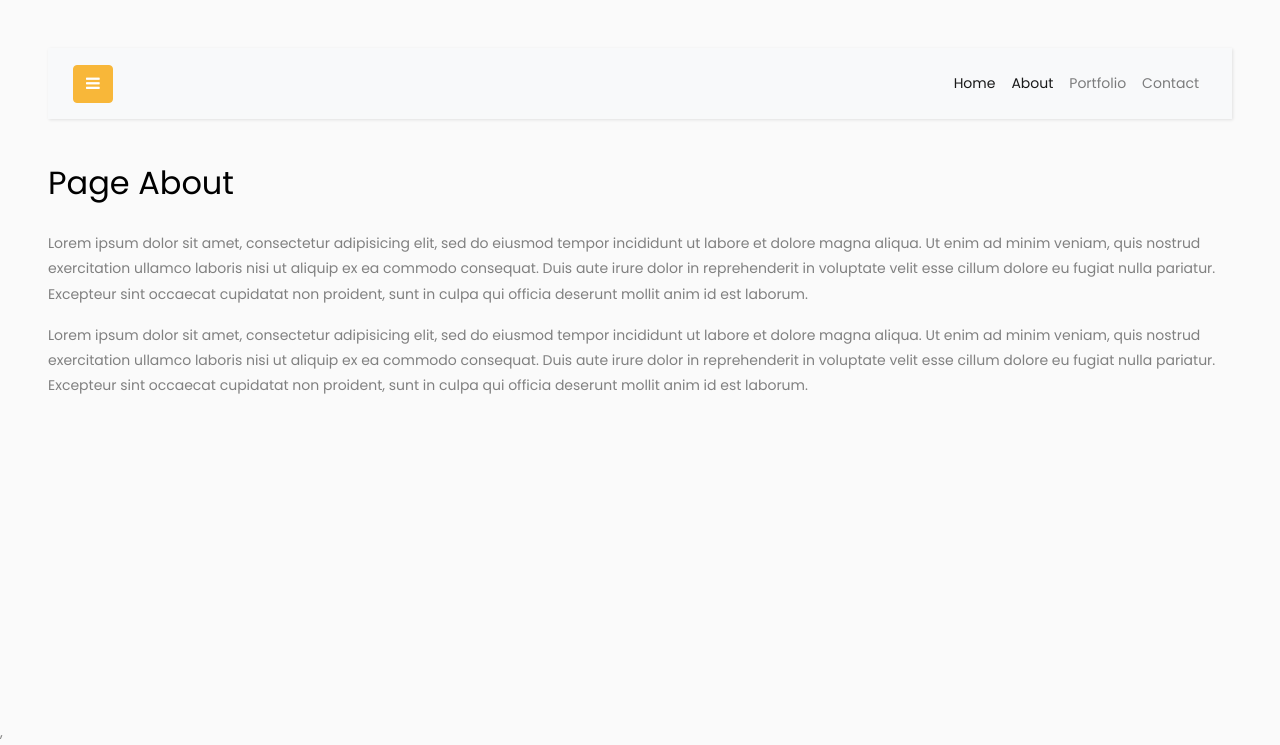
Repository: TinhTT336/MD02_Session08
Page: /about
An editor plug-in stored every save of this project. The page is shown before and after the next save, followed by the edit.
The browser window is 1280 px wide. The pictures show the whole page.
The project was rebuilt for these pictures with package versions that can differ from the ones it lists, and the page was loaded fresh each time. Also part of the build but not shown: vite.config.js, src/App.css, src/components/Home.jsx, src/components/Contact.jsx, src/components/Portfolio.jsx, src/index.css.

Above is the page before, as saved 2023-09-06 14:54:51.

### index.html
<!DOCTYPE html>
<html lang="en">
  <head>
    <meta charset="UTF-8" />
    <link rel="icon" type="image/svg+xml" href="/vite.svg" />
    <meta name="viewport" content="width=device-width, initial-scale=1.0" />
    <title>Vite + React</title>
    <link
      href="https://fonts.googleapis.com/css?family=Poppins:300,400,500,600,700,800,900"
      rel="stylesheet"
    />

    <link
      rel="stylesheet"
      href="https://stackpath.bootstrapcdn.com/font-awesome/4.7.0/css/font-awesome.min.css"
    />
    <link rel="stylesheet" href="./public/style.css" />
  </head>
  <body>
    <div id="root"></div>
    <script type="module" src="/src/main.jsx"></script>
  </body>
</html>

### src/main.jsx
import React from 'react'
import ReactDOM from 'react-dom/client'
import App from './App.jsx'
import './index.css'
import { BrowserRouter } from 'react-router-dom'

ReactDOM.createRoot(document.getElementById('root')).render(
  <BrowserRouter>
    <React.StrictMode>
      <App />
    </React.StrictMode>,
  </BrowserRouter>
)

### src/App.jsx

import { NavLink, Route, Routes } from 'react-router-dom'
import './App.css'
import Home from './components/Home'
import Contact from './components/Contact'
import About from './components/About'
import Portfolio from './components/Portfolio'

function App() {
  const styleNavLink = ({ isActive }) => ({
    color: isActive ? "white" : "black",
    backgroundColor: isActive ? "black" : "white",
  })
  return (
    <>
      {/* <Navbar /> */}
      <div>
        <div className="wrapper d-flex align-items-stretch">
          {/* <nav id="sidebar">
            <div className="p-4 pt-5">
              <NavLink to={"/"}
                className="img logo rounded-circle mb-5"
                style={{ backgroundImage: "url(images/logo.jpg)" }}
              />
              <ul className="list-unstyled components mb-5">
                <li className="active">
                  <NavLink to={"/"} className="dropdown-toggle">
                    Home
                  </NavLink>
                </li>
                <li>
                  <NavLink to={"/about"}>About</NavLink>
                </li>
                <li>
                  <NavLink to={"/portfolio"} >Portfolio</NavLink>
                </li>
                <li>
                  <NavLink to={"/contact"} >Contact</NavLink>
                </li>
              </ul>
            </div>
          </nav> */}
          {/* Page Content  */}
          <div id="content" className="p-4 p-md-5">
            <nav className="navbar navbar-expand-lg navbar-light bg-light">
              <div className="container-fluid">
                <button type="button" id="sidebarCollapse" className="btn btn-primary">
                  <i className="fa fa-bars" />
                  <span className="sr-only">Toggle Menu</span>
                </button>
                <button
                  className="btn btn-dark d-inline-block d-lg-none ml-auto"
                  type="button"
                  data-toggle="collapse"
                  data-target="#navbarSupportedContent"
                  aria-controls="navbarSupportedContent"
                  aria-expanded="false"
                  aria-label="Toggle navigation"
                >
                  <i className="fa fa-bars" />
                </button>
                <div className="collapse navbar-collapse" id="navbarSupportedContent">
                  <ul className="nav navbar-nav ml-auto">
                    <li className="nav-item active">
                      <NavLink to={"/"} className="nav-link">
                        Home
                      </NavLink>
                    </li>
                    <li className="nav-item">
                      <NavLink to={"/about"} className="nav-link">
                        About
                      </NavLink>
                    </li>
                    <li className="nav-item">
                      <NavLink to={"/portfolio"} className="nav-link" >
                        Portfolio
                      </NavLink>
                    </li>
                    <li className="nav-item">
                      <NavLink to={"/contact"} className="nav-link" >
                        Contact
                      </NavLink>
                    </li>
                  </ul>
                </div>
              </div>
            </nav>

            <Routes>
              <Route path='/' element={<Home />}></Route>
              <Route path='/contact' element={<Contact />}></Route>
              <Route path='/about' element={<About />}></Route>
              <Route path='/portfolio' element={<Portfolio />}></Route>
            </Routes>
          </div>
        </div>
      </div>

    </>
  )
}

export default App

### src/components/About.jsx
import React from 'react'

export default function About() {
    return (
        <div>
            <h2 className="mb-4">Page About</h2>
            <p>
                Lorem ipsum dolor sit amet, consectetur adipisicing elit, sed do eiusmod
                tempor incididunt ut labore et dolore magna aliqua. Ut enim ad minim
                veniam, quis nostrud exercitation ullamco laboris nisi ut aliquip ex ea
                commodo consequat. Duis aute irure dolor in reprehenderit in voluptate
                velit esse cillum dolore eu fugiat nulla pariatur. Excepteur sint occaecat
                cupidatat non proident, sunt in culpa qui officia deserunt mollit anim id
                est laborum.
            </p>
            <p>
                Lorem ipsum dolor sit amet, consectetur adipisicing elit, sed do eiusmod
                tempor incididunt ut labore et dolore magna aliqua. Ut enim ad minim
                veniam, quis nostrud exercitation ullamco laboris nisi ut aliquip ex ea
                commodo consequat. Duis aute irure dolor in reprehenderit in voluptate
                velit esse cillum dolore eu fugiat nulla pariatur. Excepteur sint occaecat
                cupidatat non proident, sunt in culpa qui officia deserunt mollit anim id
                est laborum.
            </p>
        </div>
    )
}

Loaded but not shown: public/style.css (library)

After the next save:
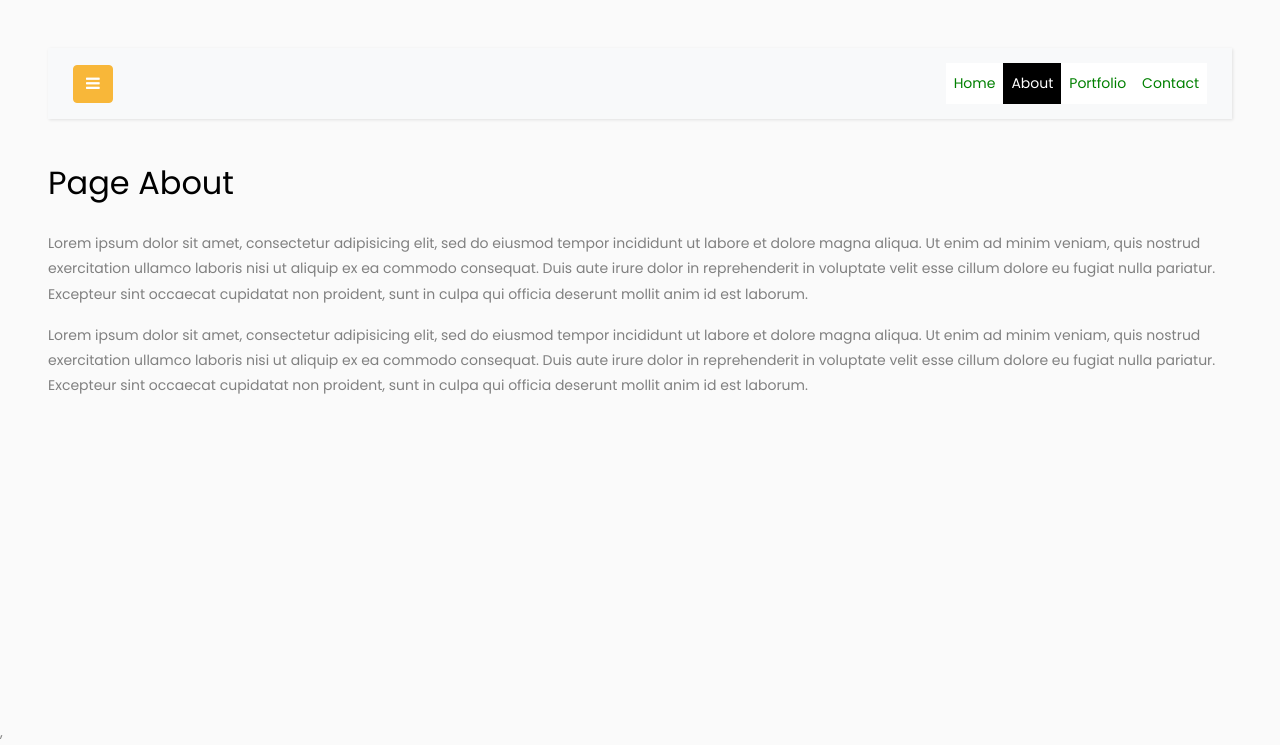
Saved 65 s later.
--- a/src/App.jsx
+++ b/src/App.jsx
@@ -8,7 +8,7 @@ import Portfolio from './components/Portfolio'
 
 function App() {
   const styleNavLink = ({ isActive }) => ({
-    color: isActive ? "white" : "black",
+    color: isActive ? "white" : "green",
     backgroundColor: isActive ? "black" : "white",
   })
   return (
@@ -62,22 +62,22 @@ function App() {
                 <div className="collapse navbar-collapse" id="navbarSupportedContent">
                   <ul className="nav navbar-nav ml-auto">
                     <li className="nav-item active">
-                      <NavLink to={"/"} className="nav-link">
+                      <NavLink to={"/"} style={styleNavLink} className="nav-link">
                         Home
                       </NavLink>
                     </li>
                     <li className="nav-item">
-                      <NavLink to={"/about"} className="nav-link">
+                      <NavLink to={"/about"} style={styleNavLink} className="nav-link">
                         About
                       </NavLink>
                     </li>
                     <li className="nav-item">
-                      <NavLink to={"/portfolio"} className="nav-link" >
+                      <NavLink to={"/portfolio"} style={styleNavLink} className="nav-link" >
                         Portfolio
                       </NavLink>
                     </li>
                     <li className="nav-item">
-                      <NavLink to={"/contact"} className="nav-link" >
+                      <NavLink to={"/contact"} style={styleNavLink} className="nav-link" >
                         Contact
                       </NavLink>
                     </li>
